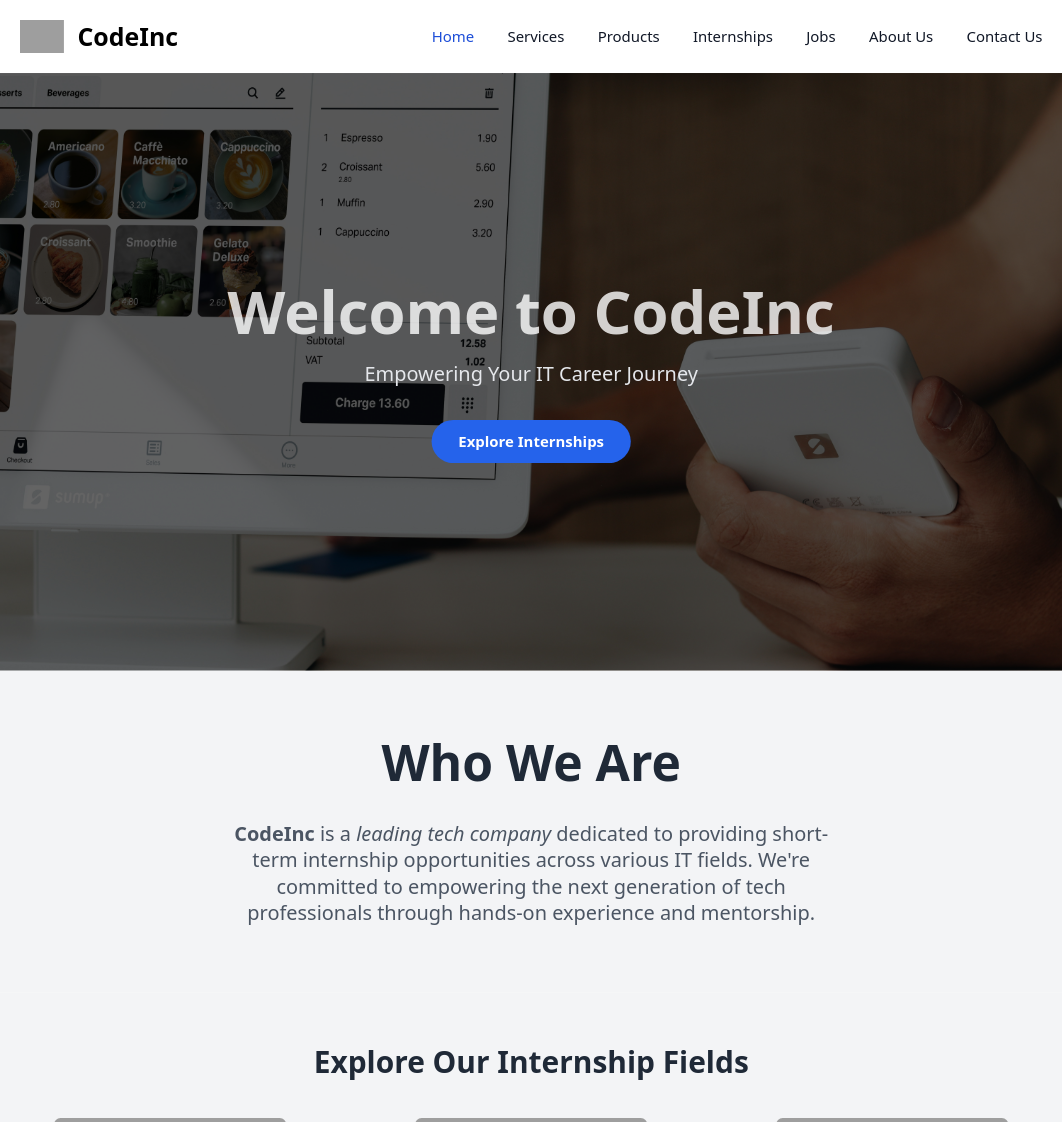
Repository: Charith117/CodeInc-Project
Page: / (app in frontend/)
These files come from the project's save history. The page is drawn as it stood at one moment and after a run of saves; the edit follows.
The browser window is 1280 px wide. The pictures show the part of the page from y = 0 to 1352 px (the page is 4066 px tall before and 4238 px after), at 83% of full size.
Pictures or frames that could not be fetched are drawn as grey boxes. The page's requests for data from a server got no answer. The project was rebuilt for these pictures with package versions that can differ from the ones it lists, and the page was loaded fresh each time. Some packages were replaced by stand-ins written for this rebuild. No one was signed in, and anything a server would have sent is missing. Also part of the build but not shown: frontend/vite.config.js, frontend/src/pages/Services.jsx, frontend/src/pages/Products.jsx, frontend/src/components/InternShipFieldCard.jsx, frontend/src/pages/Internships.jsx, frontend/src/pages/Jobs.jsx, frontend/src/pages/Verification.jsx, frontend/src/pages/AboutUs.jsx and 1 more.

Above is the page before, as saved 2024-09-15 17:03:27.

### frontend/src/App.jsx
import { BrowserRouter as Router, Route, Routes } from 'react-router-dom';
import Header from './components/Header';
import Footer from './components/Footer';
import Home from './pages/Home';
import Services from './pages/Services';
import Products from './pages/Products';
import Internships from './pages/Internships';
import Jobs from './pages/Jobs';
import Verification from './pages/Verification';
import AboutUs from './pages/AboutUs';
import ContactUs from './pages/ContactUs';

function App() {
  return (
    <Router>
      <div className="flex flex-col min-h-screen">
        <Header />
        <main className="flex-grow">
          <Routes>
            <Route path="/" element={<Home />} />
            <Route path="/services" element={<Services />} />
            <Route path="/products" element={<Products />} />
            <Route path="/internships" element={<Internships />} />
            <Route path="/jobs" element={<Jobs />} />
            <Route path="/verification" element={<Verification />} />
            <Route path="/about-us" element={<AboutUs />} />
            <Route path="/contact-us" element={<ContactUs />} />
          </Routes>
        </main>
        <Footer />
      </div>
    </Router>
  );
}

export default App;

### frontend/src/components/Header.jsx
import Navigation from './Navigation';

function Header() {
  return (
    <header>
      <Navigation />
    </header>
  );
}

export default Header;

### frontend/src/components/Footer.jsx
import { FaFacebook, FaTwitter, FaInstagram, FaLinkedin } from 'react-icons/fa';


function Footer() {
    return (
      <footer className="py-10 text-white bg-gray-800">
        <div className="container px-4 mx-auto">
          <div className="grid grid-cols-1 gap-8 md:grid-cols-4">
            <div>
              <h3 className="mb-4 text-lg font-semibold">Useful Links</h3>
              <ul className="space-y-2">
                <li><a href="#" className="hover:text-blue-300">Privacy Policy</a></li>
                <li><a href="#" className="hover:text-blue-300">Refund Policy</a></li>
                <li><a href="#" className="hover:text-blue-300">Terms and Conditions</a></li>
              </ul>
            </div>
            <div>
              <h3 className="mb-4 text-lg font-semibold">Legal Links</h3>
              <ul className="space-y-2">
                <li><a href="#" className="hover:text-blue-300">Home</a></li>
                <li><a href="#" className="hover:text-blue-300">About Us</a></li>
                <li><a href="#" className="hover:text-blue-300">Services</a></li>
                <li><a href="#" className="hover:text-blue-300">Internships</a></li>
              </ul>
            </div>
            <div>
              <h3 className="mb-4 text-lg font-semibold">Contact Info</h3>
              <p>Lokenath bose garden lane</p>
              <p>Kolkata, West Bengal</p>
            </div>
            <div>
              <h3 className="mb-4 text-lg font-semibold">Follow Us</h3>
              <div className="flex space-x-4">
                <a href="#" className="text-2xl hover:text-blue-300"><FaFacebook /></a>
                <a href="#" className="text-2xl hover:text-blue-300"><FaTwitter /></a>
                <a href="#" className="text-2xl hover:text-blue-300"><FaInstagram /></a>
                <a href="#" className="text-2xl hover:text-blue-300"><FaLinkedin /></a>
              </div>
            </div>
          </div>
        </div>
      </footer>
    );
  }

  export default Footer;

### frontend/src/pages/Home.jsx
import { useState, useEffect } from 'react';
import { getInternships } from '../services/api';

function Home() {
  const [internships, setInternships] = useState([]);
  const [formData, setFormData] = useState({
    name: '',
    lastName: '',
    email: '',
    message: ''
  });

  useEffect(() => {
    const fetchInternships = async () => {
      try {
        const response = await getInternships();
        setInternships(response.data);
      } catch (error) {
        console.error('Error fetching internships:', error);
      }
    };
    fetchInternships();
  }, []);

  const handleInputChange = (e) => {
    const { name, value } = e.target;
    setFormData(prevState => ({
      ...prevState,
      [name]: value
    }));
  };

  const handleSubmit = (e) => {
    e.preventDefault();
    // Here you would typically send the form data to your backend
    console.log('Form submitted:', formData);
    // Reset form after submission
    setFormData({
      name: '',
      lastName: '',
      email: '',
      message: ''
    });
  };

  return (
    <div className="bg-gray-50">
      {/* Hero Section */}
      <section className="relative flex items-center justify-center h-screen overflow-hidden bg-center bg-cover">
        <div className="absolute inset-0 bg-center bg-cover animate-ken-burns" style={{backgroundImage: "url('hero-image.jpg')"}}></div>
        <div className="absolute inset-0 bg-black opacity-60"></div>
        <div className="relative z-10 max-w-4xl px-4 mx-auto text-center">
          <h1 className="mb-6 text-5xl font-bold text-white md:text-7xl animate-fade-in-down animate-pulse">Welcome to CodeInc</h1>
          <p className="mb-10 text-xl text-gray-200 md:text-2xl animate-fade-in-up">Empowering Your IT Career Journey</p>
          <a
            href="internships"
            className="inline-block px-8 py-3 text-lg font-semibold text-white transition duration-300 ease-in-out transform bg-blue-600 rounded-full hover:bg-blue-700 hover:scale-105 animate-fade-in"
          >
            Explore Internships
          </a>
        </div>
      </section>

      {/* About Us Section */}
      <section className="py-20 bg-gray-100">
        <div className="container px-4 mx-auto">
          <h2 className="mb-10 text-4xl font-bold text-center text-gray-800 md:text-5xl lg:text-6xl">
            Who We Are
          </h2>
          <p className="max-w-3xl mx-auto text-xl leading-relaxed text-center text-gray-600 md:text-2xl">
            <span className="font-bold">CodeInc</span> is a <span className="italic">leading tech company</span> dedicated to providing
            short-term internship opportunities across various IT fields.
            We're committed to empowering the next generation of tech professionals through
            hands-on experience and mentorship.
          </p>
        </div>
      </section>

      {/* Internship Fields Section */}
      <section className="py-16 bg-gray-100">
        <div className="container mx-auto">
          <h2 className="mb-8 text-4xl font-bold text-center text-gray-800 animate-fade-in">Explore Our Internship Fields</h2>
          <div className="grid grid-cols-1 gap-y-6 gap-x-6 sm:grid-cols-2 lg:grid-cols-3 justify-items-center">
            {[
              { title: 'Web Development', image: '/images/web-dev.jpg', description: 'Build responsive and dynamic websites using modern frameworks.' },
              { title: 'Mobile App Development', image: '/images/mobile-dev.jpg', description: 'Create innovative mobile applications for iOS and Android.' },
              { title: 'Data Science', image: '/images/data-science.jpg', description: 'Analyze complex datasets and derive meaningful insights.' },
              { title: 'Cloud Computing', image: '/images/cloud-computing.jpg', description: 'Harness the power of cloud technologies for scalable solutions.' },
              { title: 'Cybersecurity', image: '/images/cybersecurity.jpg', description: 'Protect digital assets and implement robust security measures.' },
              { title: 'Artificial Intelligence', image: '/images/ai.jpg', description: 'Develop intelligent systems and machine learning models.' }
            ].map((field, index) => (
              <div
                key={index}
                className="flex flex-col overflow-hidden transition-all duration-500 ease-in-out transform rounded-lg shadow-lg hover:scale-105"
                style={{
                  width: '280px',
                  margin: '15px 15px 15px 15px',
                  opacity: 0,
                  transform: 'translateY(50px)',
                  animation: `fadeInUp 0.5s ease-out ${index * 0.1}s forwards`
                }}
              >
                <img src={field.image} alt={field.title} className="object-cover w-full h-48" />
                <div className="flex flex-col justify-between flex-grow p-5">
                  <div>
                    <h3 className="mb-3 text-xl font-semibold">{field.title}</h3>
                    <p className="text-sm text-gray-600">{field.description}</p>
                  </div>
                  <div className="flex justify-center mt-5">
                    <a
                      href="https://forms.google.com/internship-application"
                      target="_blank"
                      rel="noopener noreferrer"
                      className="px-5 py-2 text-sm font-semibold text-white transition-all duration-300 transform bg-blue-600 rounded-full hover:bg-blue-700 hover:shadow-lg hover:scale-105"
                    >
                      Apply Now
                    </a>
                  </div>
                </div>
              </div>
            ))}
          </div>
        </div>
        <style jsx>{`
          @keyframes fadeInUp {
            from {
              opacity: 0;
              transform: translateY(50px);
            }
            to {
              opacity: 1;
              transform: translateY(0);
            }
          }
        `}</style>
      </section>

      {/* Our Growing Online Community Section */}
      <section className="py-20 bg-white">
        <div className="container px-4 mx-auto">
          <h2 className="mb-10 text-3xl font-bold text-center md:text-4xl">Our Growing Online Community</h2>
          <p className="mb-12 text-xl text-center text-gray-700">
            Connect with a community of individuals who share your vision, unlocking boundless opportunities and fostering personal growth as you pursue success.
          </p>
          <div className="grid grid-cols-1 gap-8 md:grid-cols-2 lg:grid-cols-4">
            <div className="p-6 text-center rounded-lg bg-gray-50">
              <h3 className="mb-2 text-4xl font-bold text-blue-600">240K+</h3>
              <p className="text-gray-600">LinkedIn community</p>
            </div>
            <div className="p-6 text-center rounded-lg bg-gray-50">
              <h3 className="mb-2 text-4xl font-bold text-blue-600">6K+</h3>
              <p className="text-gray-600">Telegram community</p>
            </div>
            <div className="p-6 text-center rounded-lg bg-gray-50">
              <h3 className="mb-2 text-4xl font-bold text-blue-600">20K+</h3>
              <p className="text-gray-600">Instagram community</p>
            </div>
            <div className="p-6 text-center rounded-lg bg-gray-50">
              <h3 className="mb-2 text-4xl font-bold text-blue-600">90K+</h3>
              <p className="text-gray-600">Facebook community</p>
            </div>
          </div>
        </div>
      </section>

      {/* Community Section */}
      <section className="py-20 bg-gray-100">
        <div className="container px-4 mx-auto text-center">
          <h2 className="mb-6 text-3xl font-bold md:text-4xl">Join Our Intern Community</h2>
          <p className="max-w-2xl mx-auto mb-8 text-lg text-gray-700">Connect with fellow interns, mentors, and industry professionals in our vibrant community.</p>
          <a href="#" className="px-8 py-3 text-lg font-semibold text-white transition duration-300 bg-blue-600 rounded-full hover:bg-blue-700">Join Now</a>
        </div>
      </section>

      {/* Contact Section */}
      <section className="py-20 bg-white">
        <div className="container px-4 mx-auto">
          <h2 className="mb-6 text-3xl font-bold text-center md:text-4xl">Get in Touch</h2>
          <p className="max-w-2xl mx-auto mb-8 text-lg text-center text-gray-700">Have questions about our internship programs? We'd love to hear from you!</p>
          <form onSubmit={handleSubmit} className="max-w-lg mx-auto">
            <div className="mb-4">
              <label htmlFor="name" className="block mb-2 font-bold text-gray-700">Name*</label>
              <input
                type="text"
                id="name"
                name="name"
                value={formData.name}
                onChange={handleInputChange}
                required
                className="w-full px-3 py-2 leading-tight text-gray-700 border rounded shadow appearance-none focus:outline-none focus:shadow-outline"
              />
            </div>
            <div className="mb-4">
              <label htmlFor="lastName" className="block mb-2 font-bold text-gray-700">Last name</label>
              <input
                type="text"
                id="lastName"
                name="lastName"
                value={formData.lastName}
                onChange={handleInputChange}
                className="w-full px-3 py-2 leading-tight text-gray-700 border rounded shadow appearance-none focus:outline-none focus:shadow-outline"
              />
            </div>
            <div className="mb-4">
              <label htmlFor="email" className="block mb-2 font-bold text-gray-700">Your email*</label>
              <input
                type="email"
                id="email"
                name="email"
                value={formData.email}
                onChange={handleInputChange}
                required
                className="w-full px-3 py-2 leading-tight text-gray-700 border rounded shadow appearance-none focus:outline-none focus:shadow-outline"
              />
            </div>
            <div className="mb-6">
              <label htmlFor="message" className="block mb-2 font-bold text-gray-700">Message*</label>
              <textarea
                id="message"
                name="message"
                value={formData.message}
                onChange={handleInputChange}
                required
                className="w-full px-3 py-2 leading-tight text-gray-700 border rounded shadow appearance-none focus:outline-none focus:shadow-outline"
                rows="4"
              ></textarea>
            </div>
            <div className="flex items-center justify-center">
              <button type="submit" className="px-8 py-3 text-lg font-semibold text-white transition duration-300 bg-green-600 rounded-full hover:bg-green-700">
                Submit
              </button>
            </div>
          </form>
        </div>
      </section>



    </div>
  );
}

export default Home;

### frontend/src/components/Navigation.jsx
import { Link } from 'react-router-dom';

function Navigation() {
  return (
    <nav className="bg-white border-gray-200 dark:bg-gray-900">
      <div className="flex flex-wrap items-center justify-between max-w-screen-xl p-6 mx-auto">
        <Link to="/" className="flex items-center">
          <img src="https://flowbite.com/docs/images/logo.svg" className="h-10 mr-4" alt="CodeInc Logo" />
          <span className="self-center text-3xl font-semibold whitespace-nowrap dark:text-white">CodeInc</span>
        </Link>
        <button data-collapse-toggle="navbar-default" type="button" className="inline-flex items-center p-3 ml-3 text-sm text-gray-500 rounded-lg md:hidden hover:bg-gray-100 focus:outline-none focus:ring-2 focus:ring-gray-200 dark:text-gray-400 dark:hover:bg-gray-700 dark:focus:ring-gray-600" aria-controls="navbar-default" aria-expanded="false">
          <span className="sr-only">Open main menu</span>
          <svg className="w-7 h-7" aria-hidden="true" fill="currentColor" viewBox="0 0 20 20" xmlns="http://www.w3.org/2000/svg"><path fillRule="evenodd" d="M3 5a1 1 0 011-1h12a1 1 0 110 2H4a1 1 0 01-1-1zM3 10a1 1 0 011-1h12a1 1 0 110 2H4a1 1 0 01-1-1zM3 15a1 1 0 011-1h12a1 1 0 110 2H4a1 1 0 01-1-1z" clipRule="evenodd"></path></svg>
        </button>
        <div className="hidden w-full md:block md:w-auto" id="navbar-default">
          <ul className="flex flex-col p-5 mt-4 font-medium border border-gray-100 rounded-lg md:p-0 bg-gray-50 md:flex-row md:space-x-10 md:mt-0 md:border-0 md:bg-white dark:bg-gray-800 md:dark:bg-gray-900 dark:border-gray-700">
            <li>
              <Link to="/" className="block py-3 pl-4 pr-5 text-lg text-white bg-blue-700 rounded md:bg-transparent md:text-blue-700 md:p-0 dark:text-white md:dark:text-blue-500" aria-current="page">Home</Link>
            </li>
            <li>
              <Link to="/services" className="block py-3 pl-4 pr-5 text-lg text-gray-900 rounded hover:bg-gray-100 md:hover:bg-transparent md:border-0 md:hover:text-blue-700 md:p-0 dark:text-white md:dark:hover:text-blue-500 dark:hover:bg-gray-700 dark:hover:text-white md:dark:hover:bg-transparent">Services</Link>
            </li>
            <li>
              <Link to="/products" className="block py-3 pl-4 pr-5 text-lg text-gray-900 rounded hover:bg-gray-100 md:hover:bg-transparent md:border-0 md:hover:text-blue-700 md:p-0 dark:text-white md:dark:hover:text-blue-500 dark:hover:bg-gray-700 dark:hover:text-white md:dark:hover:bg-transparent">Products</Link>
            </li>
            <li>
              <Link to="/internships" className="block py-3 pl-4 pr-5 text-lg text-gray-900 rounded hover:bg-gray-100 md:hover:bg-transparent md:border-0 md:hover:text-blue-700 md:p-0 dark:text-white md:dark:hover:text-blue-500 dark:hover:bg-gray-700 dark:hover:text-white md:dark:hover:bg-transparent">Internships</Link>
            </li>
            <li>
              <Link to="/jobs" className="block py-3 pl-4 pr-5 text-lg text-gray-900 rounded hover:bg-gray-100 md:hover:bg-transparent md:border-0 md:hover:text-blue-700 md:p-0 dark:text-white md:dark:hover:text-blue-500 dark:hover:bg-gray-700 dark:hover:text-white md:dark:hover:bg-transparent">Jobs</Link>
            </li>
            <li>
              <Link to="/about-us" className="block py-3 pl-4 pr-5 text-lg text-gray-900 rounded hover:bg-gray-100 md:hover:bg-transparent md:border-0 md:hover:text-blue-700 md:p-0 dark:text-white md:dark:hover:text-blue-500 dark:hover:bg-gray-700 dark:hover:text-white md:dark:hover:bg-transparent">About Us</Link>
            </li>
            <li>
              <Link to="/contact-us" className="block py-3 pl-4 pr-5 text-lg text-gray-900 rounded hover:bg-gray-100 md:hover:bg-transparent md:border-0 md:hover:text-blue-700 md:p-0 dark:text-white md:dark:hover:text-blue-500 dark:hover:bg-gray-700 dark:hover:text-white md:dark:hover:bg-transparent">Contact Us</Link>
            </li>
          </ul>
        </div>
      </div>
    </nav>
  );
}

export default Navigation;

### frontend/src/services/api.js
import axios from 'axios';

const API_URL = 'http://localhost:5000/api'; // Replace with your actual API URL

export const api = axios.create({
  baseURL: API_URL,
});

export const getInternships = () => api.get('/internships');
export const getJobs = () => api.get('/jobs');
// Add more API calls as needed

### frontend/tailwind.config.js
   /** @type {import('tailwindcss').Config} */
   export default {
    content: [
      "./index.html",
      "./src/**/*.{js,ts,jsx,tsx}",
    ],
    theme: {
      extend: {},
    },
    plugins: [],
  }

Loaded but not shown: frontend/index.html (common file); frontend/src/main.jsx (common file); frontend/src/index.css (common file)

After the next 2 saves:
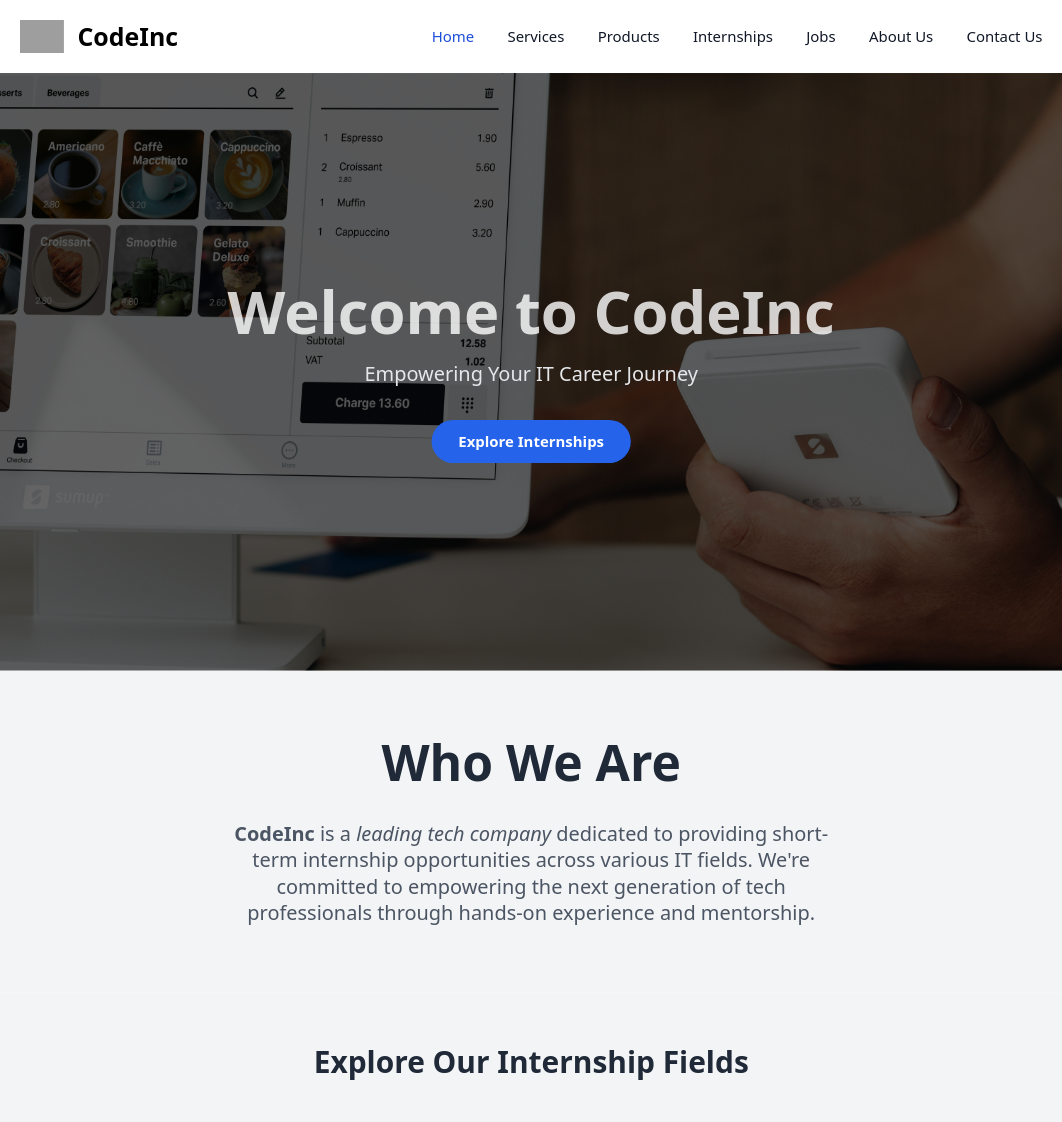
The 2 saves are shown as one change because they came seconds apart.
The last was saved 9 s later.
--- a/frontend/src/pages/Home.jsx
+++ b/frontend/src/pages/Home.jsx
@@ -93,25 +93,25 @@
                 key={index}
                 className="flex flex-col overflow-hidden transition-all duration-500 ease-in-out transform rounded-lg shadow-lg hover:scale-105"
                 style={{
-                  width: '280px',
-                  margin: '15px 15px 15px 15px',
+                  width: '320px',
+                  margin: '20px 20px 20px 20px',
                   opacity: 0,
                   transform: 'translateY(50px)',
                   animation: `fadeInUp 0.5s ease-out ${index * 0.1}s forwards`
                 }}
               >
-                <img src={field.image} alt={field.title} className="object-cover w-full h-48" />
-                <div className="flex flex-col justify-between flex-grow p-5">
+                <img src={field.image} alt={field.title} className="object-cover w-full h-56" />
+                <div className="flex flex-col justify-between flex-grow p-6">
                   <div>
-                    <h3 className="mb-3 text-xl font-semibold">{field.title}</h3>
-                    <p className="text-sm text-gray-600">{field.description}</p>
+                    <h3 className="mb-4 text-2xl font-semibold">{field.title}</h3>
+                    <p className="text-base text-gray-600">{field.description}</p>
                   </div>
-                  <div className="flex justify-center mt-5">
+                  <div className="flex justify-center mt-6">
                     <a
                       href="https://forms.google.com/internship-application"
                       target="_blank"
                       rel="noopener noreferrer"
-                      className="px-5 py-2 text-sm font-semibold text-white transition-all duration-300 transform bg-blue-600 rounded-full hover:bg-blue-700 hover:shadow-lg hover:scale-105"
+                      className="px-6 py-3 text-base font-semibold text-white transition-all duration-300 transform bg-blue-600 rounded-full hover:bg-blue-700 hover:shadow-lg hover:scale-105"
                     >
                       Apply Now
                     </a>
